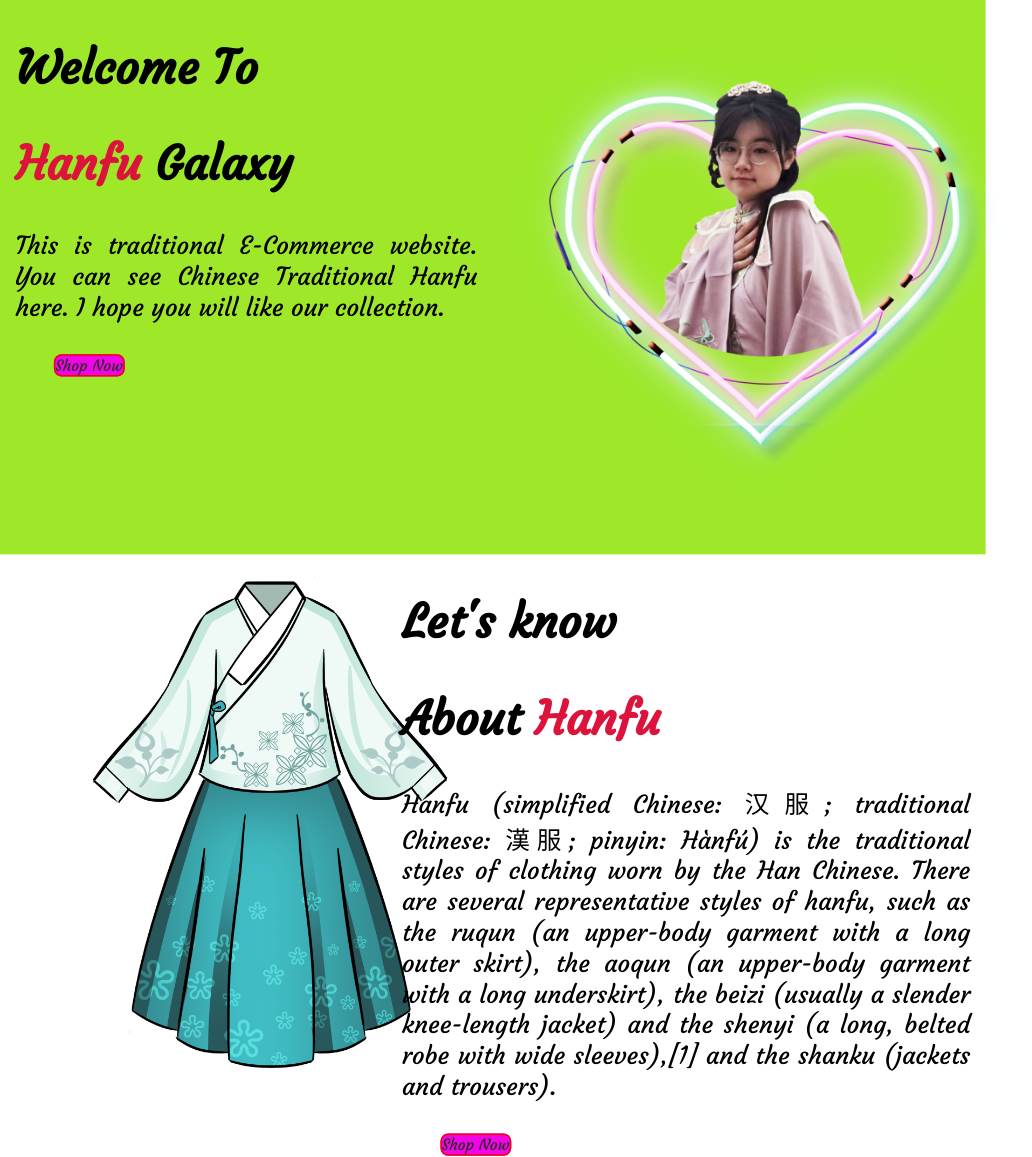
Repository: ramizraaz/E-Commerce
Page: index.html
An editor plug-in stored every save of this project. The page is shown before and after the next save, followed by the edit.
The browser window is 1280 px wide. The page is 1340 px wide, so the pictures cover 1340 px, including what lies to the right of the window. The pictures show the whole page, at 77% of full size.

Above is the page before, as saved 2022-02-06 21:41:35.

After the next save:
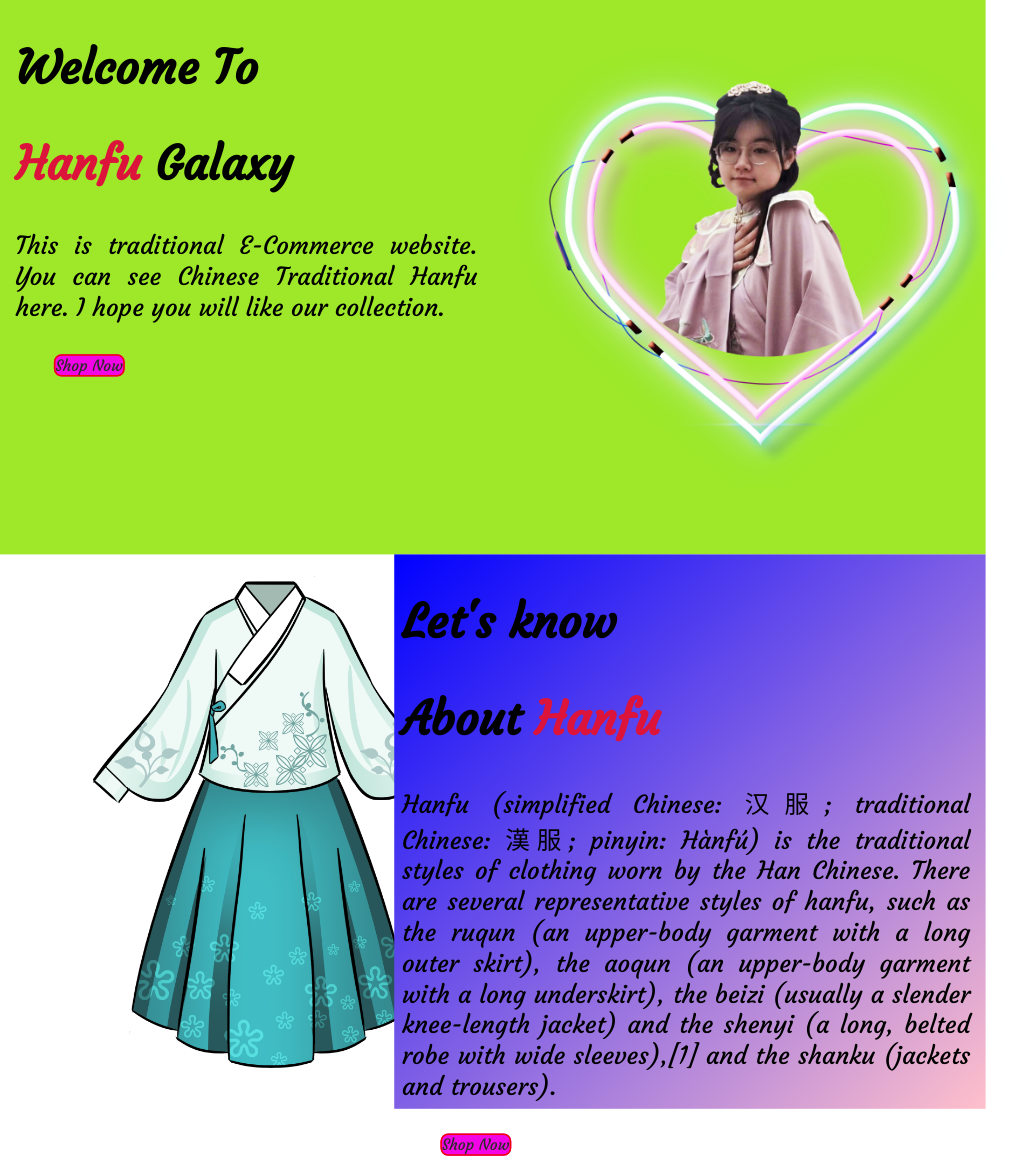
Saved 34 s later.
--- a/main.css
+++ b/main.css
@@ -54,5 +54,5 @@ a {
 .mid-con {
     width: 60%;
     padding: 0px 20px 0px 10px;
-    background-color: linear-gradient(right, white red);
+    background: linear-gradient(to bottom right, blue, pink);
 }
